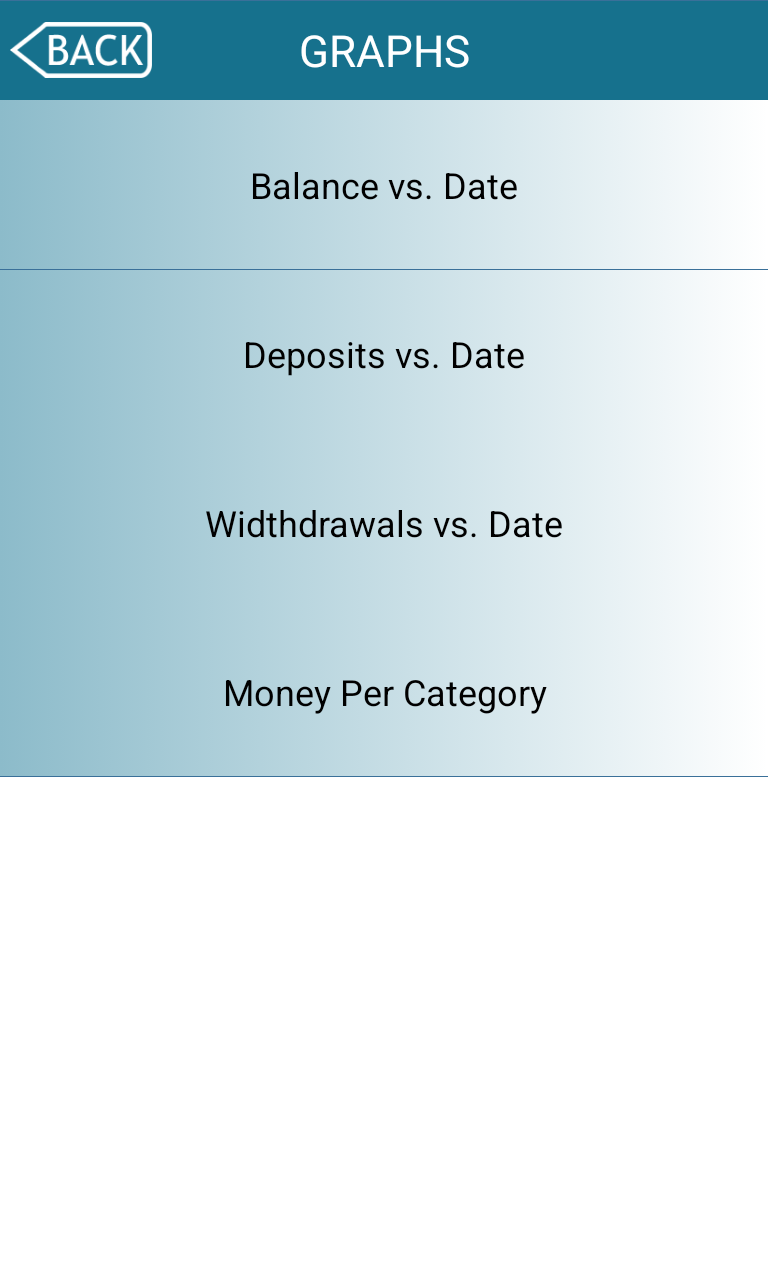
Repository: aawantika/frs
Layout: FinancialApplicationProject/FinancialApplication/src/main/res/layout/activity_graph.xml
An editor plug-in stored every save of this project. The layout is shown before and after the next save, followed by the edit.
It is drawn on a 768 x 1280 px phone screen (xhdpi) without system bars, with theme AppTheme; the app's code is not run.

Above is the layout before, as saved 2014-04-23 16:33:09.

After the next save:
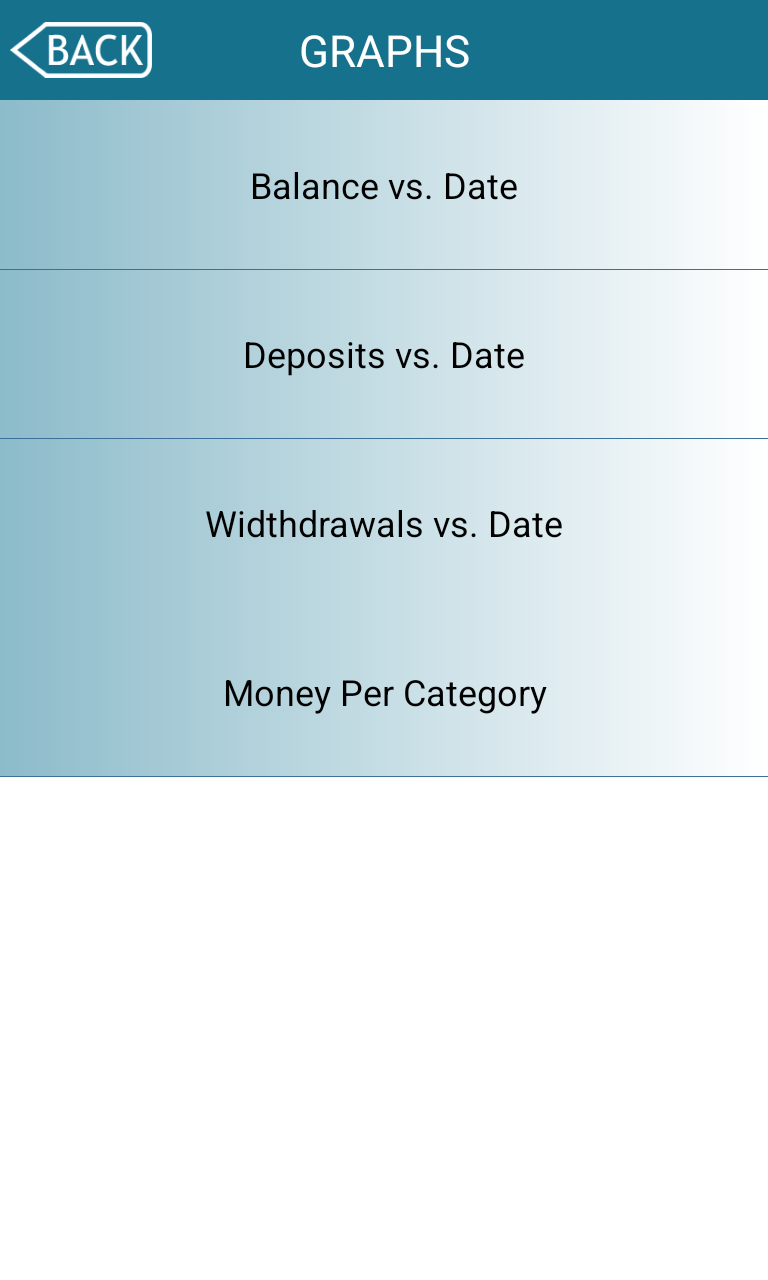
Saved 32 s later.
--- a/FinancialApplicationProject/FinancialApplication/src/main/res/layout/activity_graph.xml
+++ b/FinancialApplicationProject/FinancialApplication/src/main/res/layout/activity_graph.xml
@@ -85,7 +85,7 @@
         android:layout_width="fill_parent"
         android:layout_height="0.5dp"
         android:layout_alignParentLeft="true"
-        android:layout_below="@+id/bb"
+        android:layout_below="@+id/bd"
         android:background="#3a7099" />
 
 	<TextView
@@ -93,7 +93,7 @@
         android:layout_width="fill_parent"
         android:layout_height="0.5dp"
         android:layout_alignParentLeft="true"
-        android:layout_below="@+id/db"
+        android:layout_below="@+id/dd"
         android:background="#3a7099" />
 
 	<TextView
